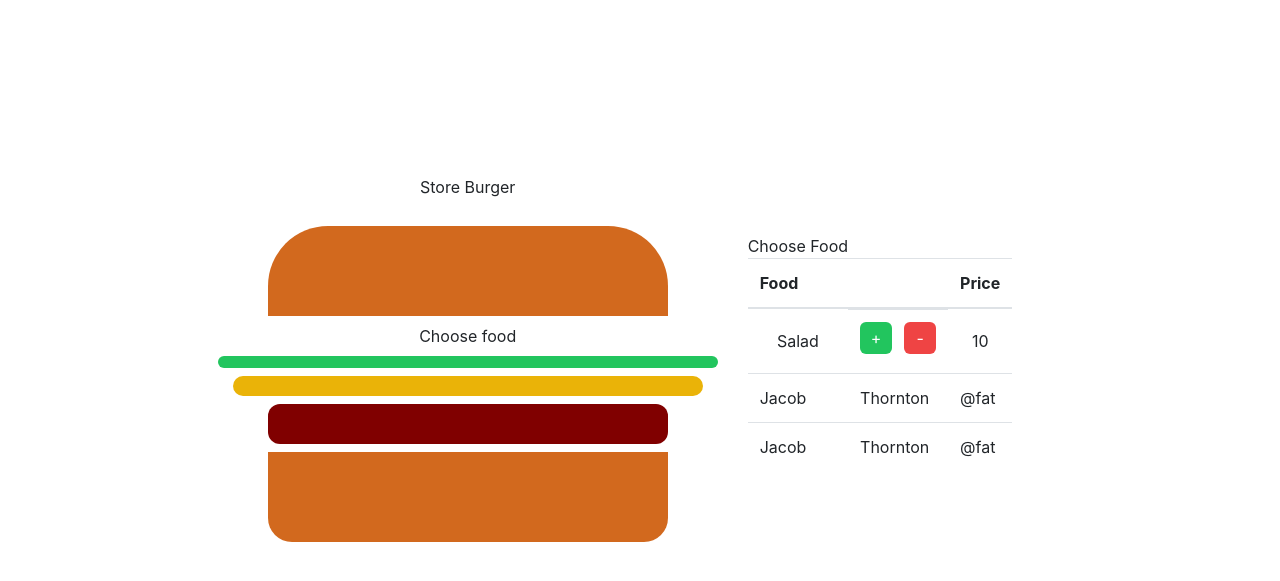
Repository: baobaodeveloper/bootcamp21_HuynhAnhBao_Burger
Page: /
The author's editor kept a copy of each file at every save. The page is drawn from the files as they stood at one save, then again after the next save.
The browser window is 1280 px wide. The pictures show the whole page.
The project was rebuilt for these pictures with package versions that can differ from the ones it lists, and the page was loaded fresh each time. Also part of the build but not shown: vite.config.js.

Above is the page before, as saved 2022-05-15 17:21:41.

### index.html
<!DOCTYPE html>
<html lang="en">
  <head>
    <title>Title</title>
    <!-- Required meta tags -->
    <meta charset="utf-8" />
    <meta
      name="viewport"
      content="width=device-width, initial-scale=1, shrink-to-fit=no"
    />

    <!-- Bootstrap CSS -->
    <link
      rel="stylesheet"
      href="https://stackpath.bootstrapcdn.com/bootstrap/4.3.1/css/bootstrap.min.css"
      integrity="sha384-ggOyR0iXCbMQv3Xipma34MD+dH/1fQ784/j6cY/iJTQUOhcWr7x9JvoRxT2MZw1T"
      crossorigin="anonymous"
    />
  </head>
  <body>
    <div id="root"></div>
    <!-- Optional JavaScript -->
    <!-- jQuery first, then Popper.js, then Bootstrap JS -->
    <script
      src="https://code.jquery.com/jquery-3.3.1.slim.min.js"
      integrity="sha384-q8i/X+965DzO0rT7abK41JStQIAqVgRVzpbzo5smXKp4YfRvH+8abtTE1Pi6jizo"
      crossorigin="anonymous"
    ></script>
    <script
      src="https://cdnjs.cloudflare.com/ajax/libs/popper.js/1.14.7/umd/popper.min.js"
      integrity="sha384-UO2eT0CpHqdSJQ6hJty5KVphtPhzWj9WO1clHTMGa3JDZwrnQq4sF86dIHNDz0W1"
      crossorigin="anonymous"
    ></script>
    <script
      src="https://stackpath.bootstrapcdn.com/bootstrap/4.3.1/js/bootstrap.min.js"
      integrity="sha384-JjSmVgyd0p3pXB1rRibZUAYoIIy6OrQ6VrjIEaFf/nJGzIxFDsf4x0xIM+B07jRM"
      crossorigin="anonymous"
    ></script>

    <script type="module" src="/src/main.jsx"></script>
  </body>
</html>

### src/App.jsx
import Burger from "./components/Burger";

function App() {
  return <Burger></Burger>;
}

export default App;

### src/components/Burger.jsx
import React from "react";

export default function Burger() {
  return (
    <div>
      <div className="flex items-center gap-x-20  w-screen h-screen mx-auto justify-center">
        <div className="flex flex-col justify-center items-center gap-y-2 w-[400px]">
          <h2 className="mb-20">Store Burger</h2>
          <div className="bg-[#D2691E] w-full h-[30px] relative">
            <div className="bg-[#D2691E] w-full h-[60px] absolute top-0 left-0 -translate-y-[60px] rounded-tl-full rounded-tr-full"></div>
          </div>
          <p>Choose food</p>
          {/* loop here */}
          <div className="h-3 bg-green-500 w-[500px] rounded-full"></div>
          <div className="h-5 bg-yellow-500 w-[470px] rounded-full"></div>
          <div className="h-10 bg-[#800000] w-[400px] rounded-xl"></div>

          <div className="w-full bg-[#D2691E] h-[90px] rounded-br-3xl rounded-bl-3xl"></div>
        </div>

        <div className="">
          <table class="table">
            <thead>
              <tr>Choose Food</tr>
              <tr>
                <th scope="col">Food</th>
                <th scope="col"></th>
                <th scope="col">Price</th>
              </tr>
            </thead>
            <tbody>
              <tr>
                <td className="h-[40x] leading-[40px] text-center">Salad</td>
                <td className="flex items-center gap-x-3">
                  <button className="w-8 h-8 flex items-center justify-center text-white leading-none rounded-md bg-green-500">
                    +
                  </button>
                  <button className="w-8 h-8 flex items-center justify-center text-white leading-none rounded-md bg-red-500">
                    -
                  </button>
                </td>
                <td className="h-[40x] text-center leading-[40px]">10</td>
              </tr>
              <tr>
                <td>Jacob</td>
                <td>Thornton</td>
                <td>@fat</td>
              </tr>
              <tr>
                <td>Jacob</td>
                <td>Thornton</td>
                <td>@fat</td>
              </tr>
            </tbody>
          </table>
        </div>
      </div>
    </div>
  );
}

Loaded but not shown: src/main.jsx (common file); src/index.scss (common file); tailwind.config.js (common file)

After the next save:
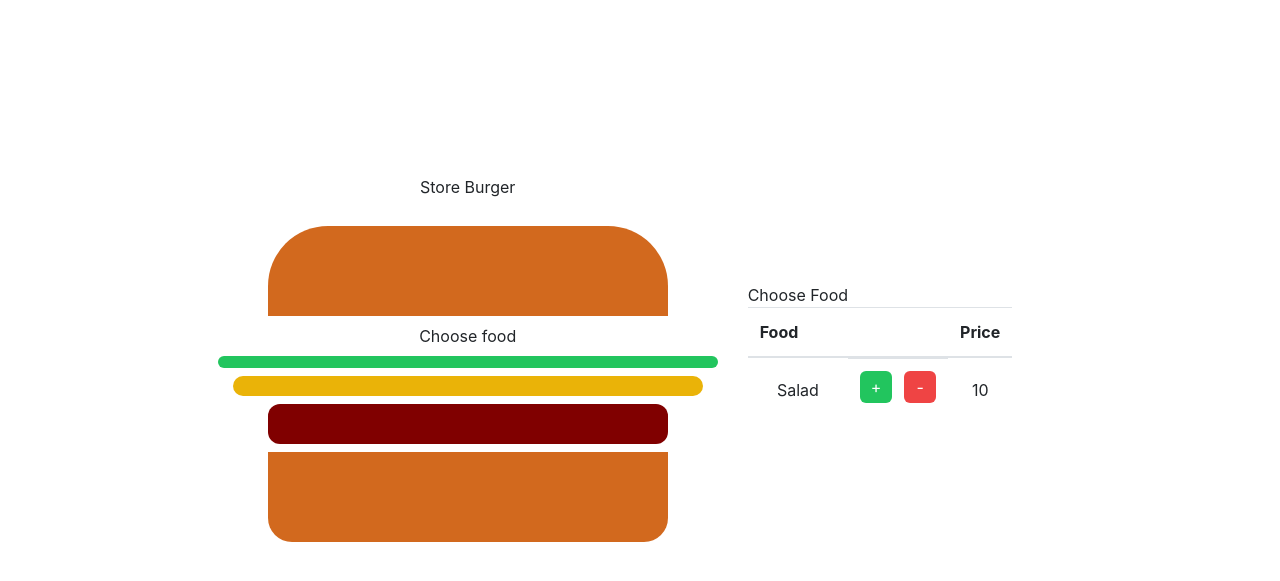
Saved 11 s later.
--- a/src/components/Burger.jsx
+++ b/src/components/Burger.jsx
@@ -41,16 +41,6 @@ export default function Burger() {
                 </td>
                 <td className="h-[40x] text-center leading-[40px]">10</td>
               </tr>
-              <tr>
-                <td>Jacob</td>
-                <td>Thornton</td>
-                <td>@fat</td>
-              </tr>
-              <tr>
-                <td>Jacob</td>
-                <td>Thornton</td>
-                <td>@fat</td>
-              </tr>
             </tbody>
           </table>
         </div>
